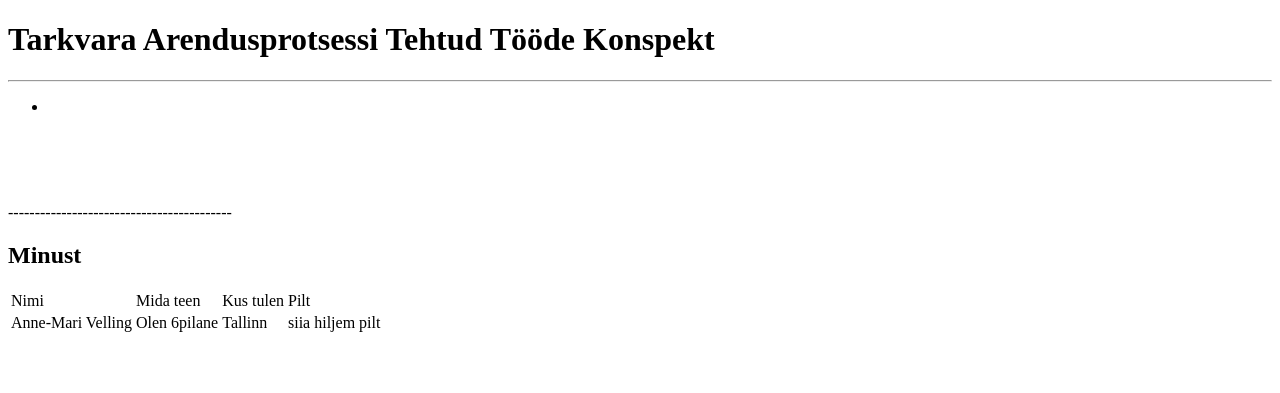
Repository: annemariv/Targe24
Page: index.html
These files come from the project's save history. The page is drawn as it stood at one moment and after a run of saves; the edit follows.
The browser window is 1280 px wide. The pictures show the whole page.

Above is the page before, as saved 2024-11-06 18:20:04.

### index.html
<!DOCTYPE html>
<html lang="en">
<head>
    <meta charset="UTF-8">
    <meta name="viewport" content="width=device-width, initial-scale=1.0">
    <title>Minu Tarkvara Arendusprotsessi Ainemapp</title>
</head>
<body>
    <h1>Tarkvara Arendusprotsessi Tehtud Tööde Konspekt</h1>
    <hr/>
    <ul>
        <li><a href="elutsykkel/waterfall.html"></a>
        </li>
    </ul>
    <br/>
    <br/>
    <br/>
    <br/>
    ------------------------------------------
    <h2>Minust</h2>
    <table>
        <tr>
            <td>Nimi</td>
            <td>Mida teen</td>
            <td>Kus tulen</td>
            <td>Pilt</td>
        </tr>
        <tr>
            <td>Anne-Mari Velling</td>
            <td>Olen 6pilane</td>
            <td>Tallinn</td>
            <td>siia hiljem pilt</td>
        </tr>
        <tr>
            <td colspan="4"> <a href="https://github.com/annemariv"></a> </td>
        </tr>
    </table>
</body>
</html>

After the next 3 saves:
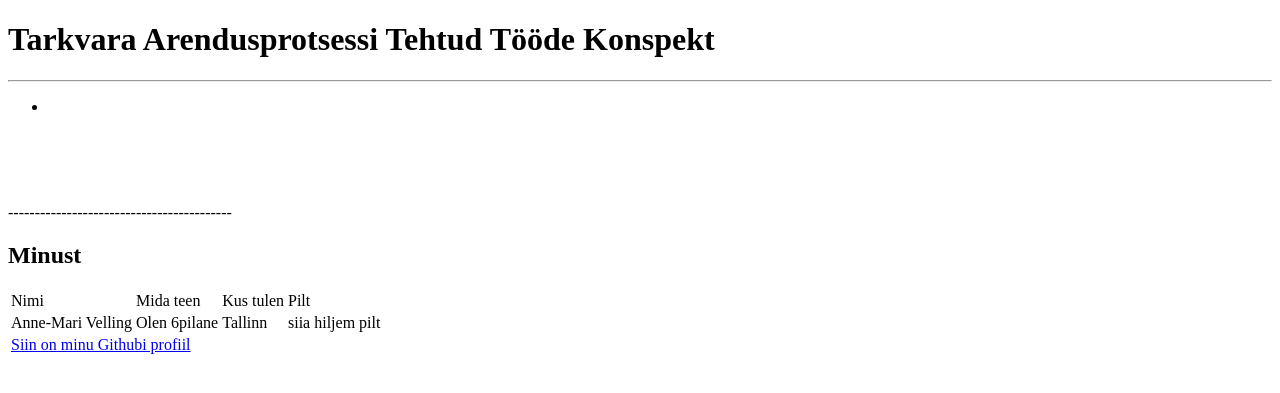
The 3 saves are shown as one change because they came seconds apart.
The last was saved 6 min 54 s later.
--- a/index.html
+++ b/index.html
@@ -32,7 +32,7 @@
             <td>siia hiljem pilt</td>
         </tr>
         <tr>
-            <td colspan="4"> <a href="https://github.com/annemariv"></a> </td>
+            <td colspan="4"> <a href="https://github.com/annemariv">Siin on minu Githubi profiil</a> </td>
         </tr>
     </table>
 </body>
